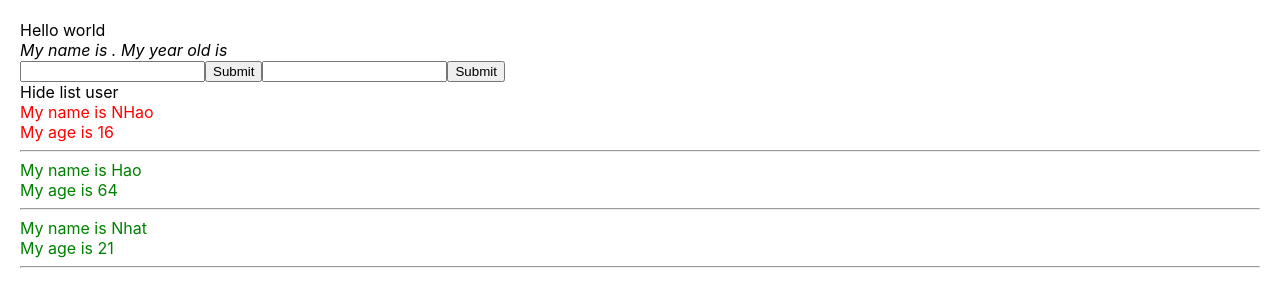
Repository: haonguyen09/reactProject
Page: /
The author's editor kept a copy of each file at every save. The page is drawn from the files as they stood at one save, then again after the next save.
The browser window is 1280 px wide. The pictures show the whole page.
The project was rebuilt for these pictures with package versions that can differ from the ones it lists, and the page was loaded fresh each time. Also part of the build but not shown: src/components/DisplayInfo.scss.

Above is the page before, as saved 2023-08-02 22:28:05.

### src/App.js
import logo from './logo.svg';
import './App.scss';
import { useDispatch, useSelector } from 'react-redux';
import { increaseCounter, decreaseCounter } from './redux/action/counterAction';
import MyComponent from './components/MyComponent';
import React from "react";


class App extends React.Component {

  render() {
    return (
      <div>
      Hello world
      <MyComponent></MyComponent>
    </div>
    )
  }
}




// const App = () => {
//   const count = useSelector(state => state.counter.count);
//   const dispatch = useDispatch();

//   return (

//     <div className="App">
//       <header className="App-header">
//         <img src={logo} className="App-logo" alt="logo" />
//         <p>
//           Hello world
//         </p>
//         <div>Count = {count}</div>
//         <button onClick={() => dispatch(increaseCounter())}>Increase</button>
//         <button onClick={() => dispatch(decreaseCounter())}>Decrease</button>
//       </header>
//     </div>
//   );
// }

export default App;

### src/App.scss
.red {
  color: red;
}

.green {
  color: green;
}

body {
  padding: 20px;
  margin: 0;
  font-family: -apple-system, BlinkMacSystemFont, 'Segoe UI', 'Roboto', 'Oxygen',
    'Ubuntu', 'Cantarell', 'Fira Sans', 'Droid Sans', 'Helvetica Neue',
    sans-serif;
  -webkit-font-smoothing: antialiased;
  -moz-osx-font-smoothing: grayscale;
}

code {
  font-family: source-code-pro, Menlo, Monaco, Consolas, 'Courier New',
    monospace;
}

.App {
  text-align: center;

  &-logo {
    height: 40vmin;
    pointer-events: none;
  }

  &-header {
    background-color: #282c34;
    min-height: 100vh;
    display: flex;
    flex-direction: column;
    align-items: center;
    justify-content: center;
    font-size: calc(10px + 2vmin);
    color: white;
  }

  &-links {
    color: #61dafb;
  }

}



@keyframes App-logo-spin {
  from {
    transform: rotate(0deg);
  }

  to {
    transform: rotate(360deg);
  }
}

@media (prefers-reduced-motion: no-preference) {
  .App-logo {
    animation: App-logo-spin infinite 20s linear;
  }
}

### src/components/MyComponent.js
import React from 'react';
import AddUserInfo from './AddUserInfo';
import DisplayInfo from './DisplayInfo';

class MyComponent extends React.Component {
    // JSX
    state = {
        listUsers: [
            {id: 1, name: "NHao", age: 16},
            {id: 2, name: "Hao", age: 64},
            {id: 3, name: "Nhat", age: 21},
        ]
    }

    handleAddNewUser = (userObj) => {
        console.log(">>> check data from parent: ", userObj);
        this.setState({
            listUsers: [userObj, ...this.state.listUsers]
        })
    }


    render() {
        return (
            <div>
                <AddUserInfo
                    handleAddNewUser={this.handleAddNewUser}
                />
                <DisplayInfo
                    listUsers={this.state.listUsers}

                    />
            </div>
            );
    };

    }



export default MyComponent;

### src/components/AddUserInfo.js
import React from 'react';


class AddUserInfo extends React.Component {
    state = {
        name: "",
        address: "Hoi dan IT",
        age: ""
    };


    handleChange = (event) => {
        this.setState({
            name: event.target.value
        })
    }

    handleChangeAge = (event) => {
        this.setState({
            age: event.target.value
        })
    }

    handOnSubmit = (event) => {
        event.preventDefault();
        this.props.handleAddNewUser({
            id: Math.floor((Math.random()*100) + 1) + "-random",
            name: this.state.name,
            age: this.state.age
        });
    }

    render() {
        return (

            <div>
                <em>
                    My name is {this.state.name}.
                    My year old is {this.state.age}
                </em>
                <form onSubmit={(event) => this.handOnSubmit(event)}>
                    <input value= {this.state.name} type="text" onChange = {(event) => {this.handleChange(event)}} />
                    <button>Submit</button>

                    <input value= {this.state.age} type="text" onChange = {(event) => {this.handleChangeAge(event)}} />
                    <button>Submit</button>
                </form>

            </div>

        )
    }
}


export default AddUserInfo;

### src/components/DisplayInfo.js
import React from 'react';
import "./DisplayInfo.scss";

class DisplayInfo extends React.Component {


    state = {
        isShow: true,
    }

    handleShowHide = () => {
        this.setState({
            isShow: !this.state.isShow
        })
    }

    render() {
        const { listUsers } = this.props;
        console.log(listUsers);
        return (



            <div>
                <div>
                    <span onClick={() => { this.handleShowHide() }}>
                        {this.state.isShow === true ? "Hide list user" : "Show list user"}
                    </span>
                </div>
                {this.state.isShow &&
                    <div>
                        {
                            listUsers.map((user) => {
                                return (
                                    <div key={user.id} className={user.age > 18 ? "green" : "red"}>
                                        <div>My name is {user.name}</div>
                                        <div>My age is {user.age}</div>
                                        <hr />
                                    </div>
                                )
                            })}

                    </div>
                }
            </div>
        )
    }
}

export default DisplayInfo

Loaded but not shown: public/index.html (common file); src/index.js (common file); src/reportWebVitals.js (common file); src/redux/store.js (common file); src/redux/action/counterAction.js (common file); src/redux/reducer/rootReducer.js (common file); src/redux/reducer/counterReducer.js (common file)

After the next save:
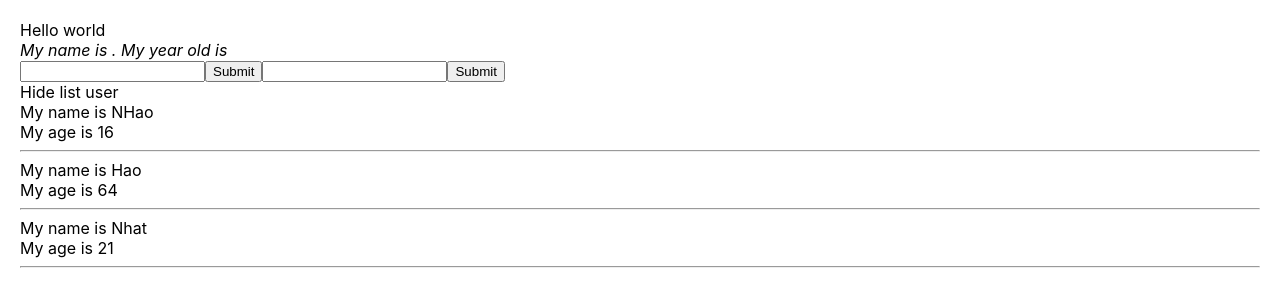
Saved 22 s later.
--- a/src/App.scss
+++ b/src/App.scss
@@ -1,11 +1,3 @@
-.red {
-  color: red;
-}
-
-.green {
-  color: green;
-}
-
 body {
   padding: 20px;
   margin: 0;
